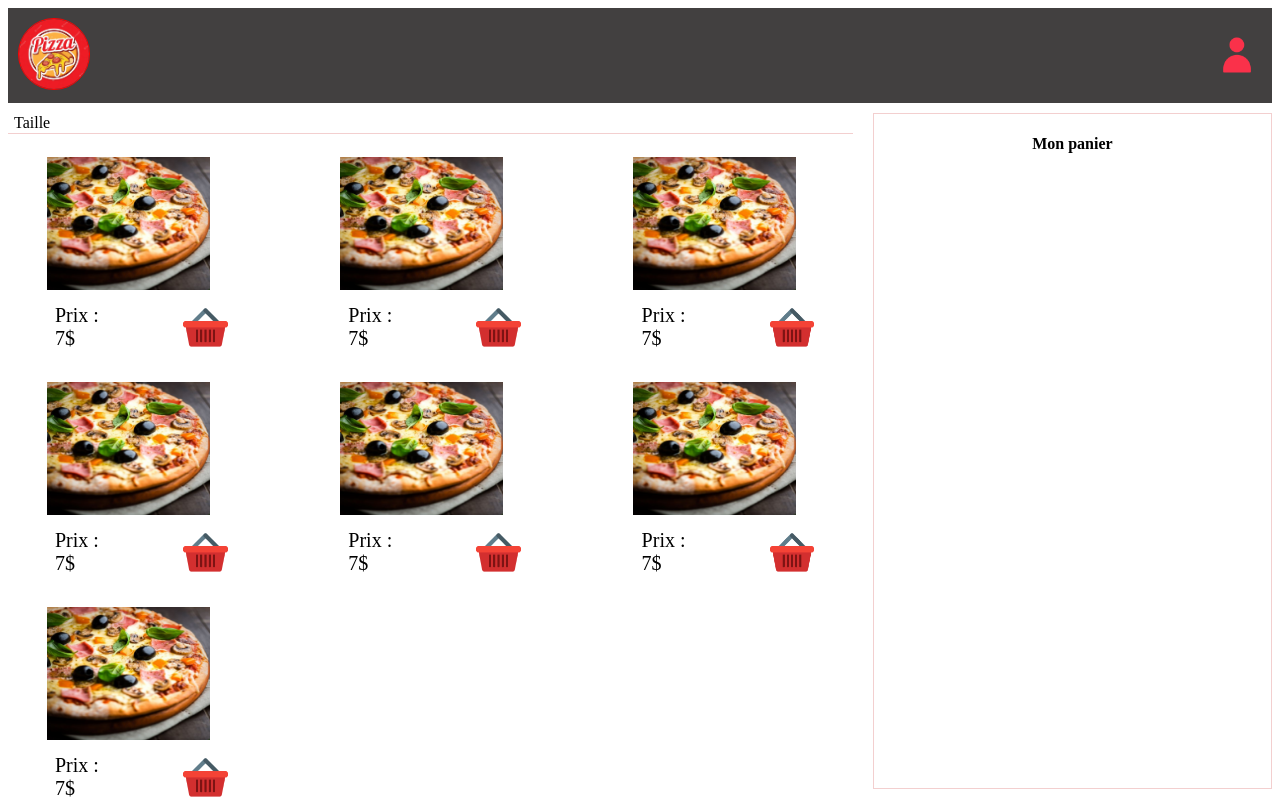
Repository: mlaminebah/PizzaWeb
Page: http://localhost/pizzaweb/Commander
These files come from the project's save history. The page is drawn as it stood at one moment and after the next save; the edit follows.
The browser window is 1280 px wide. The pictures show the whole page.
The page is served by Tomcat 9. Other server files are loaded and not shown.

Above is the page before, as saved 2022-03-21 19:44:44.

### PizzaWeb/pizzaweb/src/main/webapp/commander.jsp
<%@ page language="java" contentType="text/html; charset=UTF-8"
    pageEncoding="UTF-8"%>
<%@ taglib uri="http://java.sun.com/jsp/jstl/core" prefix="c" %>
<%@ include file="header.jsp" %>
	<main>
            <section class="main">
                    <%@ include file="categorie.jsp" %>
                    <%@ include file="produits.jsp" %>
            </section>

            <aside>
            	<!--<c:out value="${cookie.panierString.value}"></c:out>-->
            	<h4 class="monPan">Mon panier</h4>
            	<c:if test="${!empty resultat}"><p class="erreur"><c:out value="${resultat}"/></p></c:if>
            	<c:if test="${!empty success}"><p class="success"><c:out value="${success}"/></p></c:if>
            	 <c:choose>
						<c:when test="${ empty sessionScope.panier}"></c:when>
						<c:otherwise>
							<form action="ValiderLaCommande" method="post">
								<table class="tablePan">
									<c:forEach var="entry" items="${sessionScope.panier}">
										<tr>
											 <td><img class="ppan" alt="pizza" src="<c:out value="${entry.value.photo}"></c:out>"></td>
											 <td><c:out value="${entry.value.qte}"></c:out></td>
											 <td><c:out value="${entry.value.nom}"></c:out></td>
											 <td><c:out value="*"></c:out></td>
											 <td><c:out value="${entry.value.prix}$ = "/></td>
											 <td><c:out value="${entry.value.prixTotal} $"/></td>
											 <td><a href="#" class="sub">-</a></td>
											 <td><a href="#" class="sup">x</a></td>
										</tr>
									</c:forEach>
									<tr><td class="total" colspan="8"><c:if test="${!empty prixTotalCommande}"><c:out value="Total : ${prixTotalCommande} $"/></c:if></td></tr>
								</table><hr/>
								Me faire Livrer <input type="checkbox" name="livraison"/><br/>
								<button id="valid"  class="valid" type="submit">Acheter</button>
							</form>
						</c:otherwise>
				  </c:choose>
            </aside>

        </main>
	</body>
</html>

### PizzaWeb/pizzaweb/src/main/webapp/header.jsp
<%@ page language="java" contentType="text/html; charset=UTF-8"
    pageEncoding="UTF-8"%>
<!DOCTYPE html>
<html>
	<head>
		<meta charset="UTF-8">
		<title>Welcome</title>
		<link href="css/header.css" rel="stylesheet" type="text/css"/>
		<link href="css/basket.css" rel="stylesheet"/>
        <link href="css/dropdown.css" rel="stylesheet"/>
        <link href="css/header.css" rel="stylesheet"/>
        <link href="css/survolPizza.css" rel="stylesheet"/>
        <link href="css/produits.css" rel="stylesheet"/>
        <link rel="stylesheet" href="css/signup.css">
        <link rel="stylesheet" href="css/login.css" type="text/css">
	</head>
	<body>
		<header>
				<nav class="header-left">
			         <a><img class="logo" id="logo" src="images/logo.jpg"/></a>
			    </nav>
			    <nav class="header-right">
			         <img class="profile" id="profile" src="images/user.png"/>
			    </nav>
		</header>

### PizzaWeb/pizzaweb/src/main/webapp/categorie.jsp
<%@ page language="java" contentType="text/html; charset=UTF-8"
    pageEncoding="UTF-8"%>
<%@ taglib uri="http://java.sun.com/jsp/jstl/core" prefix="c" %>
<div class="select">
	<div class="dropdown">
		<button class="dropbtn">Taille</button>
        <div class="dropdown-content">
	        	<c:if test="${!empty pizzas}">
	        		<c:forEach var="pizza" items="${pizzas}">
						<a hre="#"><c:out value="Taille : ${pizza.taille}"></c:out></a>
		        	</c:forEach>
	        	</c:if>
        </div>
    </div>
</div>

### PizzaWeb/pizzaweb/src/main/webapp/produits.jsp
<%@ page language="java" contentType="text/html; charset=UTF-8"
    pageEncoding="UTF-8"%>
<div class="produits">
                        <div class="product">
                            <article class="survolPizza">
                                <img src="images/8.jpg"/>
                                <article class="overlay">
                                    <article class="text">Description de la pizza</article>
                                </article>
                                <table>
                                    <tr><td><article class="prix">Prix : 7$ </article></td>
                                        <td><article class="icone_add"><img src="images/adbask.png"/></article></td>
                                    </tr>
                                </table>
                            </article>
                        </div>
                        <div class="product">
                            <article class="survolPizza">
                                <img src="images/8.jpg"/>
                                <article class="overlay">
                                    <article class="text">Description de la pizza</article>
                                </article>
                                <table>
                                    <tr><td><article class="prix">Prix : 7$ </article></td>
                                        <td><article class="icone_add"><img src="images/adbask.png"/></article></td>
                                    </tr>
                                </table>
                            </article>
                        </div>
                        <div class="product">
                            <article class="survolPizza">
                                <img src="images/8.jpg"/>
                                <article class="overlay">
                                    <article class="text">Description de la pizza</article>
                                </article>
                                <table>
                                    <tr><td><article class="prix">Prix : 7$ </article></td>
                                        <td><article class="icone_add"><img src="images/adbask.png"/></article></td>
                                    </tr>
                                </table>
                            </article>
                        </div>
                        <div class="product">
                            <article class="survolPizza">
                                <img src="images/8.jpg"/>
                                <article class="overlay">
                                    <article class="text">Description de la pizza</article>
                                </article>
                                <table>
                                    <tr><td><article class="prix">Prix : 7$ </article></td>
                                        <td><article class="icone_add"><img src="images/adbask.png"/></article></td>
                                    </tr>
                                </table>
                            </article>
                        </div>
                        <div class="product">
                            <article class="survolPizza">
                                <img src="images/8.jpg"/>
                                <article class="overlay">
                                    <article class="text">Description de la pizza</article>
                                </article>
                                <table>
                                    <tr><td><article class="prix">Prix : 7$ </article></td>
                                        <td><article class="icone_add"><img src="images/adbask.png"/></article></td>
                                    </tr>
                                </table>
                            </article>
                        </div>
                        <div class="product">
                            <article class="survolPizza">
                                <img src="images/8.jpg"/>
                                <article class="overlay">
                                    <article class="text">Description de la pizza</article>
                                </article>
                                <table>
                                    <tr><td><article class="prix">Prix : 7$ </article></td>
                                        <td><article class="icone_add"><img src="images/adbask.png"/></article></td>
                                    </tr>
                                </table>
                            </article>
                        </div>
                        <div class="product">
                            <article class="survolPizza">
                                <img src="images/8.jpg"/>
                                <article class="overlay">
                                    <article class="text">Description de la pizza</article>
                                </article>
                                <table>
                                    <tr><td><article class="prix">Prix : 7$ </article></td>
                                        <td><article class="icone_add"><img src="images/adbask.png"/></article></td>
                                    </tr>
                                </table>
                            </article>
                        </div>

                    </div>

### PizzaWeb/pizzaweb/src/main/java/com/pizza/servlets/Commander.java
package com.pizza.servlets;

import java.io.IOException;
import javax.servlet.ServletException;
import javax.servlet.annotation.WebServlet;
import javax.servlet.http.HttpServlet;
import javax.servlet.http.HttpServletRequest;
import javax.servlet.http.HttpServletResponse;

/**
 * Servlet implementation class Commander
 */
public class Commander extends HttpServlet {
	private static final long serialVersionUID = 1L;


    public Commander() {
        super();
        // TODO Auto-generated constructor stub
    }


	protected void doGet(HttpServletRequest request, HttpServletResponse response) throws ServletException, IOException {
		request.getRequestDispatcher("/commander.jsp").forward(request, response);
	}


	protected void doPost(HttpServletRequest request, HttpServletResponse response) throws ServletException, IOException {

	}

}

### PizzaWeb/pizzaweb/src/main/webapp/css/header.css
header {
    display: grid;
    grid-template-columns: 1fr 0.4fr;
    overflow: hidden;
    background-color:rgb(66, 64, 64);
    height: 85px;
    padding: 10px 15px 0px 10px;
}
.header-left .logo {
    width: 70px;
    height: 70px;
    border : 1px solid red;
    border-radius: 50px;
    float: left;
}
.nom {
	color: white;
	float: right;
	padding-top: 35px;
	font-size : 20px;
}

.header-right .profile {
    width: 40px;
    height: 40px;
    padding-top: 17px;
    float: right;
}
.erreur {
	color: red;
}
.success {
	color: green;
}

### PizzaWeb/pizzaweb/src/main/webapp/css/basket.css
main {
    display: flex;
    gap: 20px;
    flex-direction: row;
    margin-top: 10px;
}
section {
    width: 1000px;
    height: auto;
    border-bottom: 0px solid rgb(243, 207, 207);
}
aside {
    width:470px;
    height: auto;
    border: 1px solid rgb(243, 207, 207);
}

.select {
    display: grid;
    grid-template-columns: 1fr;
    border-bottom: 1px solid rgb(243, 207, 207);
}

.monPan,.tablePan {
	text-align:center
}
.elem {
	text-align:center;
}
.total {
	text-align:right;
}
.ppan {
	heigth:50px;
	width:50px;
}
.sub {
	color:orange;
	font-size: 30px;
	font-family:bold;
	text-decoration: none;
}
.sup {
	color:red;
	font-size: 20px;
	font-family:bold;
	text-decoration: none;
}

### PizzaWeb/pizzaweb/src/main/webapp/css/dropdown.css
/* Dropdown button */
.dropdown .dropbtn {
    font-size: 16px;
    border: none;
    outline: none;
    color:black;

    background-color: inherit;
    font-family: inherit; /* Important for vertical align on mobile phones */
    margin: 0; /* Important for vertical align on mobile phones */
}
/* Dropdown content (hidden by default) */
.dropdown-content {
    display: none;
    position: absolute;
    background-color: #f9f9f9;
    min-width: 160px;
    box-shadow: 0px 8px 16px 0px rgba(0,0,0,0.2);
    z-index: 1;
}
/* Links inside the dropdown */
.dropdown-content a {
    float: none;
    color: black;
    padding: 12px 16px;
    text-decoration: none;
    display: block;
    text-align: left;
  }

  /* Add a grey background color to dropdown links on hover */
  .dropdown-content a:hover {
    background-color: #ddd;
  }

  /* Show the dropdown menu on hover */
  .dropdown:hover .dropdown-content {
    display: block;
  }

### PizzaWeb/pizzaweb/src/main/webapp/css/survolPizza.css

        .survolPizza {
            position: relative;
            width: 100%;
            height: 100%;
        }
        .overlay {
            position: absolute;
            top: 0;
            bottom: 0;
            left: 0;
            right: 0;
            height: 100%;
            width: 100%;
            opacity: 0;
            transition: .5s ease;
            background-color:rgb(66, 64, 64);
        }

        .survolPizza:hover .overlay {
            opacity: 1;
        }

        .text {
            color: white;
            font-size: 20px;
            position: absolute;
            top: 50%;
            left: 50%;
            -webkit-transform: translate(-50%, -50%);
            -ms-transform: translate(-50%, -50%);
            transform: translate(-50%, -50%);
            text-align: center;
        }

### PizzaWeb/pizzaweb/src/main/webapp/css/produits.css
.produits {
    display: grid;
    grid-template-columns: 1fr 1fr 1fr;
    gap:35px;
    margin-top: 15px;
}

.product {
    max-width: 90%;
    padding: 0 4px;
    height: 190px;
    border: 0px solid rgb(243, 207, 207);
}
.product img {
    margin-top: 8px;
    margin-left: 15%;
    width: 70%;
    height: 70%;
}
.product .prix {
    font-size: 20px;
}
.product table {
    margin-left: 40px;
}
.product .icone_add {
    margin-left: 50px;
    margin-top: -2px;
}

### PizzaWeb/pizzaweb/src/main/webapp/css/signup.css
.signup {
    width: 420px;
    height: 610px;
    top: 60%;
    left: 50%;
    position: absolute;
    transform: translate(-50%,-50%);
    box-sizing: border-box;
    padding: 70px 30px;
    border: 1px solid #f1f1f1;
    background: #fff;
    box-shadow: 0 0 20px 0 rgba(0, 0, 0, 0.2), 0 5px 5px 0 rgba(0, 0, 0, 0.24);
}
.profil {
    width: 80px;
    height: 80px;
    position: absolute;
    top: -10px;
    left: calc(50% - 50px);
    border: 50%;


}

.sinscrire{
    margin: 0;
    padding: 0;
    text-align: center;
    font-size: 22px;
}

.sig{
    width: 100%;
    margin-bottom: 20px;
    border: none;
    background: transparent;
    border-bottom: 1px solid white;
    height: 40px;
    font-size: 16px;
    outline: none;

}
.bsins {
    width: 100%;
    margin-bottom: 20px;
    height: 40px;
    background-color:rgb(66, 64, 64);
    color: white;
}

### PizzaWeb/pizzaweb/src/main/webapp/css/login.css

.connexion{
    width:400px;
    margin:0 auto;
    margin-top:10%;
}
/* Bordered form */
.formcon {
    left: center;
    width:100%;
    padding: 30px;
    border: 1px solid #f1f1f1;
    background: #fff;
    box-shadow: 0 0 20px 0 rgba(0, 0, 0, 0.2), 0 5px 5px 0 rgba(0, 0, 0, 0.24);
}
.formcon h1{
    position: relative;
    width: 100%;
    margin: auto;
    padding-bottom: 10px;
}
.noAccount{
    color: solid #ccc;
    width: 100%;
    margin: auto;
    padding-top: 80px;
}

/* Full-width inputs */
.mp,.log {
    width: 100%;
    padding: 12px 20px;
    margin: 8px 0;
    display: inline-block;
    border: 1px solid #ccc;
    box-sizing: border-box;
}

/* Set a style for all buttons */
.valid {
    background-color:rgb(66, 64, 64);
    color: white;
    padding: 14px 20px;
    float: right;
    margin: 8px 0;
    border: none;
    cursor: pointer;
    width: 50%;
    border: 1px solid rgb(255, 255, 255);
}
valid:hover {
    background-color: white;
    color: rgb(200, 235, 47);
    border: 1px solid rgb(175, 197, 76);
}

After the next save:
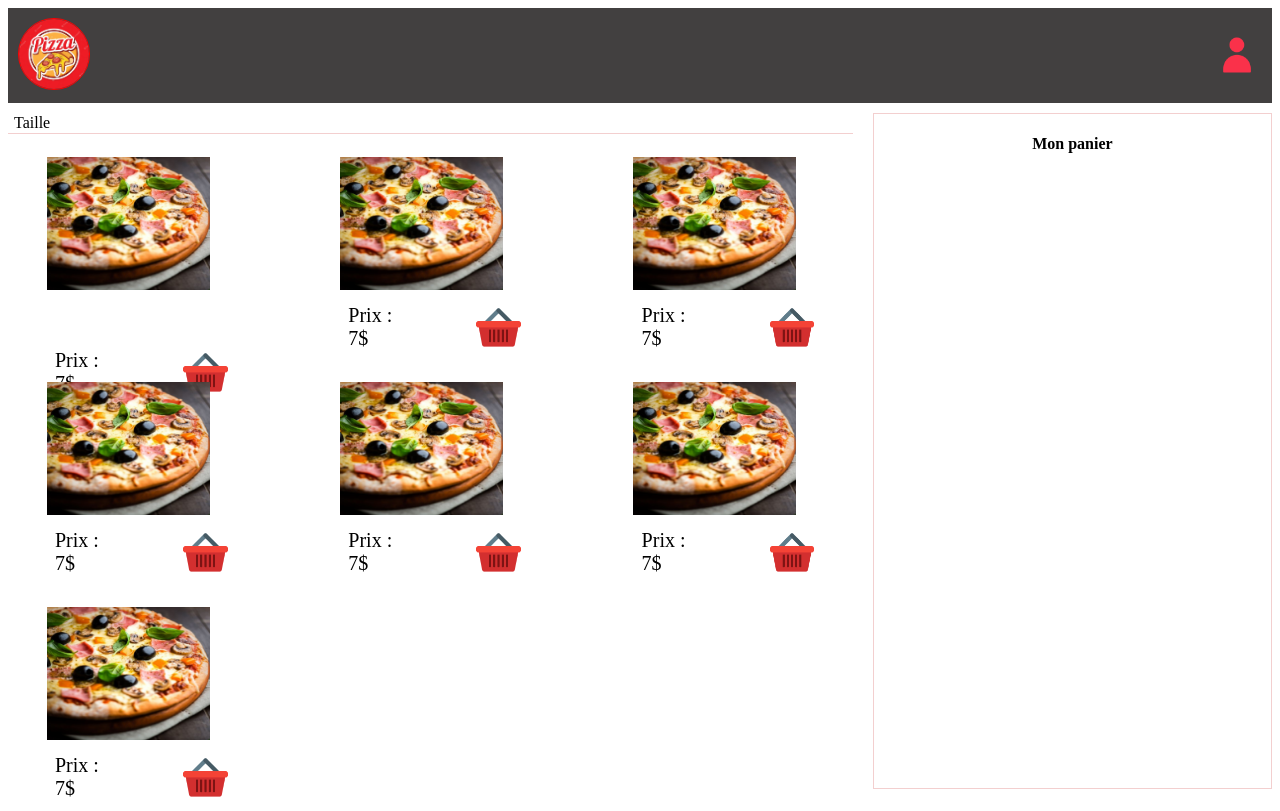
Saved 103 s later.
--- a/PizzaWeb/pizzaweb/src/main/webapp/produits.jsp
+++ b/PizzaWeb/pizzaweb/src/main/webapp/produits.jsp
@@ -7,12 +7,13 @@
                                 <article class="overlay">
                                     <article class="text">Description de la pizza</article>
                                 </article>
-                                <table>
+
+                            </article>
+                            <table>
                                     <tr><td><article class="prix">Prix : 7$ </article></td>
                                         <td><article class="icone_add"><img src="images/adbask.png"/></article></td>
                                     </tr>
-                                </table>
-                            </article>
+                            </table>
                         </div>
                         <div class="product">
                             <article class="survolPizza">

After the save that followed:
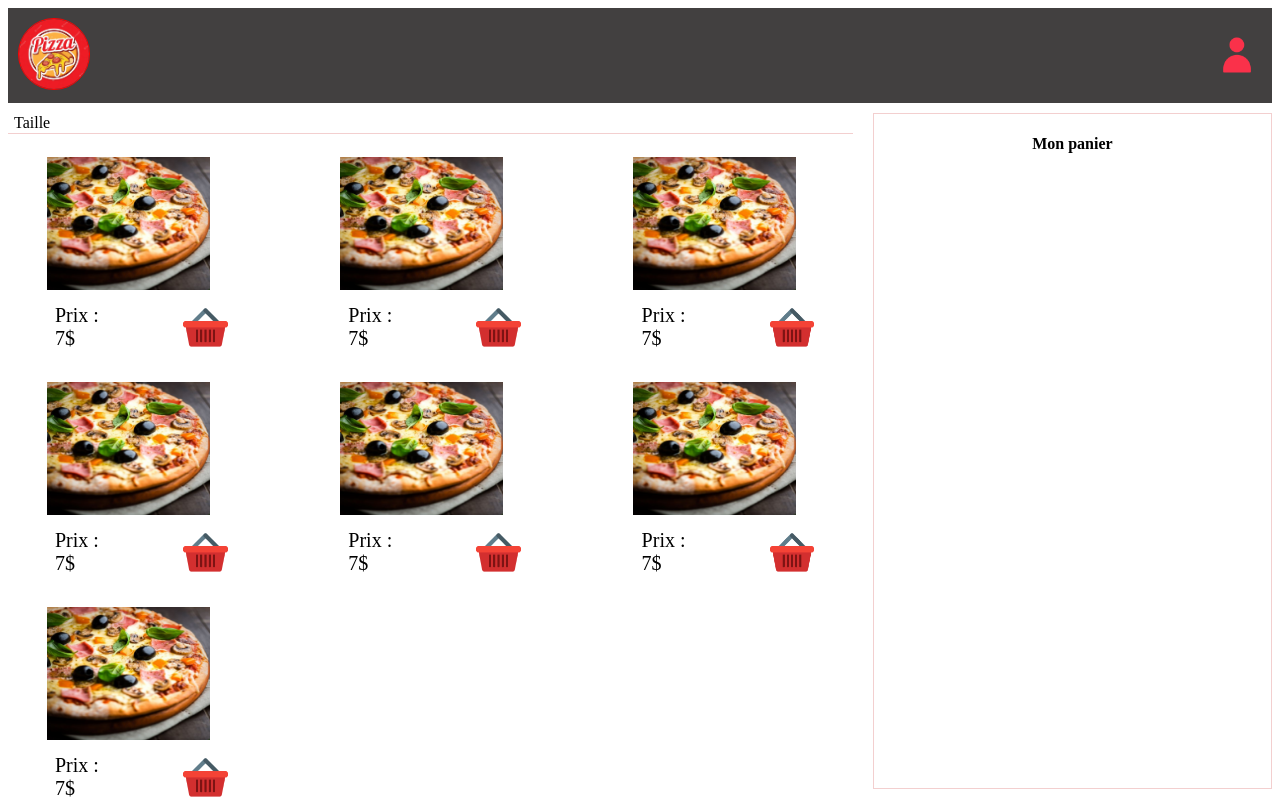
Saved 54 s later.
--- a/PizzaWeb/pizzaweb/src/main/webapp/produits.jsp
+++ b/PizzaWeb/pizzaweb/src/main/webapp/produits.jsp
@@ -7,13 +7,12 @@
                                 <article class="overlay">
                                     <article class="text">Description de la pizza</article>
                                 </article>
-
-                            </article>
-                            <table>
+                                <table>
                                     <tr><td><article class="prix">Prix : 7$ </article></td>
                                         <td><article class="icone_add"><img src="images/adbask.png"/></article></td>
                                     </tr>
-                            </table>
+                                </table>
+                            </article>
                         </div>
                         <div class="product">
                             <article class="survolPizza">
